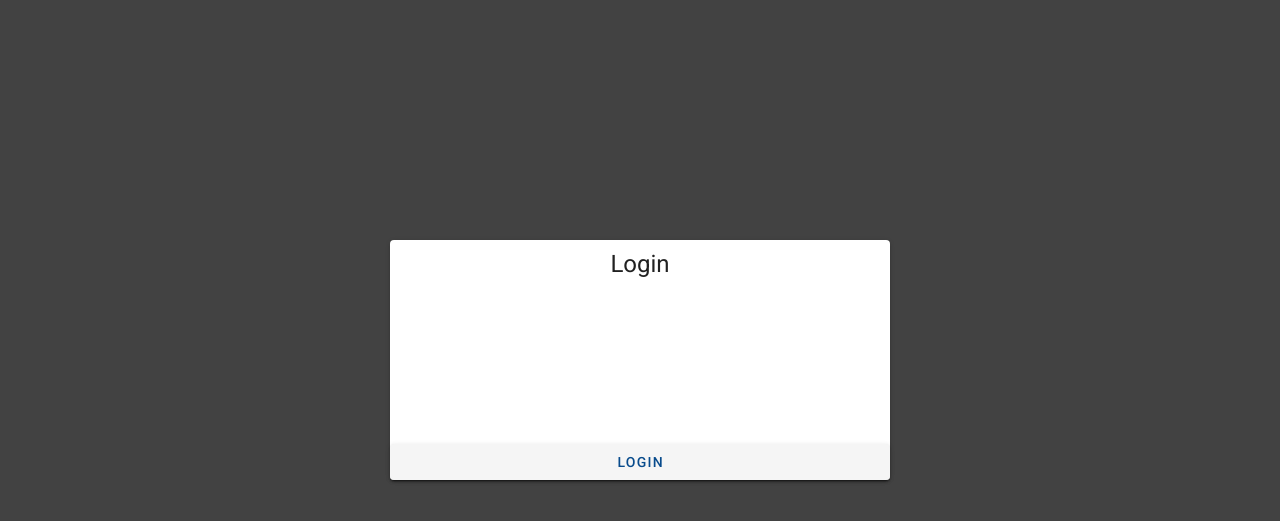
Repository: Grace229/Login
Page: /
The author's editor kept a copy of each file at every save. The page is drawn from the files as they stood at one save, then again after the next save.
The browser window is 1280 px wide. The pictures show the whole page.
The project was rebuilt for these pictures with package versions that can differ from the ones it lists, and the page was loaded fresh each time. Also part of the build but not shown: vue.config.js. Imported but missing from the stored project, and not drawn on this page: src/views/About.vue.

Above is the page before, as saved 2021-02-15 16:40:35.

### src/App.vue
<template>
  <v-app>
    <v-main><router-view></router-view> </v-main>
  </v-app>
</template>

<script>
export default {
  name: "App",

  components: {},

  data: () => ({
    //
  }),
};
</script>

### src/plugins/vuetify.js
import Vue from "vue";
import Vuetify from "vuetify/lib/framework";

Vue.use(Vuetify);

export default new Vuetify({
  theme: {
    options: {
      customProperties: true,
    },
    themes: {
      light: {
        primary: "#084b8c",
        secondary: "#424242",
        accent: "#82B1FF",
        error: "#FF5252",
        info: "#2196F3",
        success: "#4CAF50",
        warning: "#FFC107",
      },
    },
  },
});

### src/views/Home.vue
<template>
  <main
    style="min-height:100vh"
    class="secondary fill-height white--text d-flex flex-column justify-center pa-4"
  >
    <v-container>
      <v-card class="mx-auto" max-width="500">
        <header>
          <div class="headline text-center py-2">
            Login
          </div>
        </header>
        <form v-on:submit.prevent="login()">
          <div>
            <v-text-field
              dark
              label="E-mail Address"
              v-model="email"
              :rules="[rules.required, rules.email]"
            />
          </div>
          <div>
            <v-text-field
              dark
              v-model="password"
              :rules="[rules.required]"
              label="Password"
              :type="showPassword ? 'text' : 'password'"
            >
              <v-btn
                text
                small
                slot="append"
                @click="showPassword = !showPassword"
                class="transparent text-capitalize"
                :append-icon="showPassword ? 'mdi-eye' : 'mdi-eye-off'"
              ></v-btn>
            </v-text-field>
            <div class="pt-4">
              <v-btn block class="primary--text" type="submit">Login</v-btn>
            </div>
          </div>
        </form>
      </v-card>
    </v-container>
  </main>
</template>

<script>
import axios from "axios";
import router from "../router";
export default {
  data() {
    return {
      email: "",
      password: "",
      FORM: {},
      showPassword: false,
      rules: {
        required: (value) => !!value || "Required.",
        counter: (value) => value.length <= 20 || "Max 20 characters",
        email: (value) => {
          const pattern = /^(([^<>()[\]\\.,;:\s@"]+(\.[^<>()[\]\\.,;:\s@"]+)*)|(".+"))@((\[[0-9]{1,3}\.[0-9]{1,3}\.[0-9]{1,3}\.[0-9]{1,3}])|(([a-zA-Z\-0-9]+\.)+[a-zA-Z]{2,}))$/;
          return pattern.test(value) || "Invalid e-mail.";
        },
      },
    };
  },
  methods: {
    login() {
      axios
        .post("https://login-api-grace.herokuapp.com/api/v1/auth/login", {
          email: this.email,
          password: this.password,
        })
        .then(() => {
          router.push({ name: "Profile" });
        })
        .catch((err) => {
          console.log(err);
        });
    },
  },
};
</script>

Loaded but not shown: public/index.html (common file); src/main.js (common file); src/router/index.js (common file); src/store/index.js (common file)

After the next save:
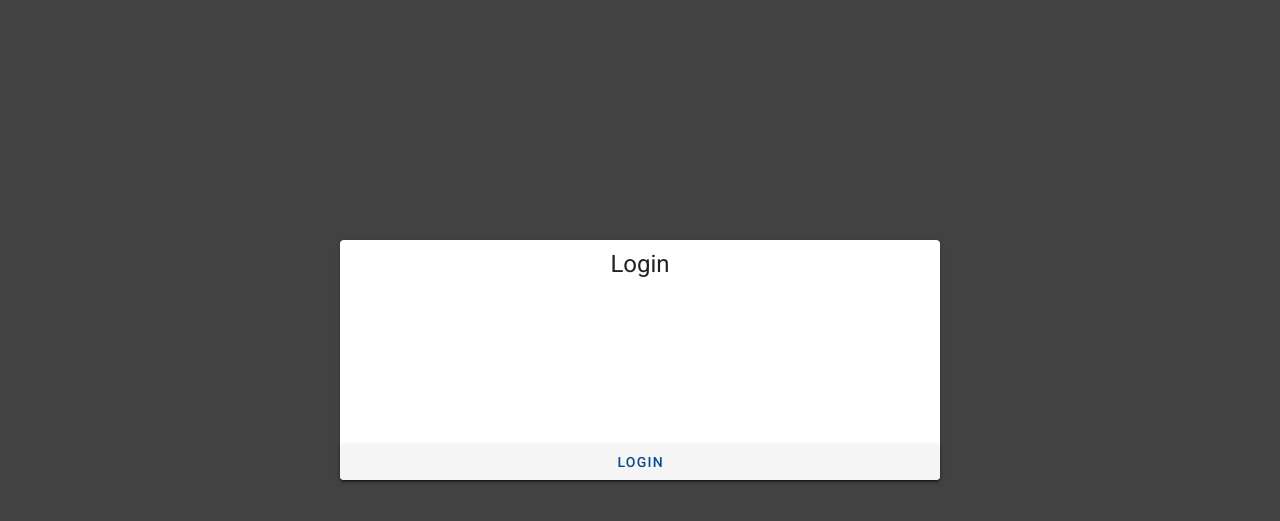
Saved 20 s later.
--- a/src/views/Home.vue
+++ b/src/views/Home.vue
@@ -4,7 +4,7 @@
     class="secondary fill-height white--text d-flex flex-column justify-center pa-4"
   >
     <v-container>
-      <v-card class="mx-auto" max-width="500">
+      <v-card class="mx-auto" max-width="600">
         <header>
           <div class="headline text-center py-2">
             Login
